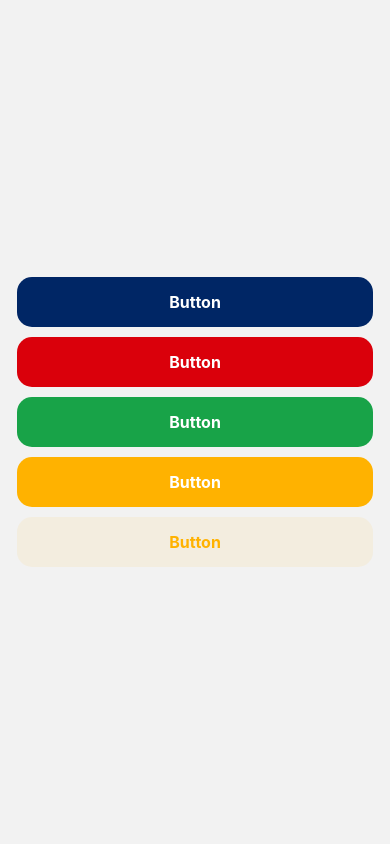
Repository: hungdomanh95/setuptheme
Screen: /
The author's editor kept a copy of each file at every save. The screen is drawn from the files as they stood at one save, then again after the next save.
The app was drawn by React Native's web renderer in a window 390 px wide. The project was rebuilt for these pictures with package versions that can differ from the ones it lists, and the page was loaded fresh each time. Also part of the build but not shown: src/components/Fade/index.js, src/components/Slide/index.js.

Above is the screen before, as saved 2022-05-17 11:29:57.

### App.js
import {View, Text} from 'react-native';
import React from 'react';
import RootNavigation from './src/navigation/rootNavigation';

const App = () => {
  return <RootNavigation />;
};

export default App;

### src/navigation/rootNavigation.js
import React from 'react'
import {NavigationContainer} from '@react-navigation/native';
import {createNativeStackNavigator} from '@react-navigation/native-stack';
import {
  HomeScreen,
} from '../screens';
import { SafeAreaProvider } from 'react-native-safe-area-context';

const Stack = createNativeStackNavigator();
const RootNavigation = () => {
  const screenOptions = {
    headerTransparent: true,
    headerShown: false,
  };
  const stackOption = {
    headerShown: true,
    headerBackTitle: '',
    headerTitle: '',
  };
  return (
    <SafeAreaProvider>
      <NavigationContainer>
        <Stack.Navigator screenOptions={screenOptions}>
          <Stack.Screen name="HomeScreen" component={HomeScreen} />
        </Stack.Navigator>
      </NavigationContainer>
    </SafeAreaProvider>
  );
};

export default RootNavigation;

### src/screens/index.js
import HomeScreen from './HomeScreen';
export {HomeScreen};

### src/screens/HomeScreen/index.js
import {View, Text, StyleSheet} from 'react-native';
import React from 'react';
import {COLOR, shadows} from '../../theme';
import {RNButton} from '../../components';

const HomeScreen = () => {
  return (
    <View style={styles.container}>
      <RNButton text="Button" type={'primary'} size={'fullsize'} />
      <RNButton text="Button" type={'danger'} />
      <RNButton text="Button" type={'success'} />
      <RNButton text="Button" type={'warning'} />
      <RNButton text="Button" color={COLOR.neural8} colorText={COLOR.neural} />
    </View>
  );
};

export default HomeScreen;
const styles = StyleSheet.create({
  container: {
    flex: 1,
    justifyContent: 'center',
    alignItems: 'center',
  },
});

### src/theme/index.js
import {StyleSheet, Dimensions} from 'react-native';
const {width, height} = Dimensions.get('window');
const width_design = 375;
export const SIZE = {
  width,
  height,
  spacing: 16,
  icon: 24,
  btn1: (width * 343) / width_design,
  btn2: (width * 196) / width_design,
  btn3: (width * 160) / width_design,
};
export const COLOR = {
  primary: '#002665',
  primary80: "rgba(0, 38, 101, 0.8)",
  primary60: "rgba(0, 38, 101, 0.6)",
  primary40: "rgba(0, 38, 101, 0.4)",
  primary24: "rgba(0, 38, 101, 0.24)",
  primary16: "rgba(0, 38, 101, 0.16)",
  primary8: "rgba(0, 38, 101, 0.08)",
  primary4: "rgba(0, 38, 101, 0.04)",
  secondary: '#2567F9',
  secondary50: '#0077FF',
  secondary40: 'rgba(0, 119, 255, 0.4)',
  secondary24: 'rgba(0, 119, 255, 0.24)',
  secondary16: 'rgba(0, 119, 255, 0.16)',
  secondary8: 'rgba(0, 119, 255, 0.08)',
  white: '#FFFFFF',
  white64: 'rgba(255,255,255,0.64)',
  white40: 'rgba(255,255,255,0.4)',
  white24: 'rgba(255,255,255,0.24)',
  white16: 'rgba(255,255,255,0.16)',
  white8: 'rgba(255,255,255,0.08)',
  white4: 'rgba(255,255,255,0.04)',
  yellow: '#FDBE01',
  yellow80: 'rgba(253, 190, 1, 0.8)',
  yellow40: 'rgba(253, 190, 1, 0.4)',
  yellow16: 'rgba(253, 190, 1, 0.16)',
  red: '#DA000B',
  red80: 'rgba(227, 38, 46, 0.8)',
  red40: 'rgba(227, 38, 46, 0.4)',
  red16: 'rgba(227, 38, 46, 0.16)',
  gray: '#6D7E92',
  gray40: '#7689A2',
  gray24: '#B3BDCB',
  gray16: '#DADFE6',
  gray8: '#F9FAFD',
  green: '#18A348',
  green50: '#25C26E',
  green40: 'rgba(37, 194, 110, 0.4)',
  green24: 'rgba(37, 194, 110, 0.24)',
  neural: '#FFB200',
  neural80: 'rgba(255, 178, 0, 0.8)',
  neural40: 'rgba(255, 178, 0, 0.4)',
  neural24: 'rgba(255, 178, 0, 0.24)',
  neural16: 'rgba(255, 178, 0, 0.16)',
  neural8: 'rgba(255, 178, 0, 0.08)',
  orange: '#F44B02',
  orange80: 'rgba(244, 75, 2, 0.8)',
  orange40: 'rgba(244, 75, 2, 0.4)',
  orange8: '#FFECE3',
  infor: '#0289F4',
  infor80: 'rgba(2, 137, 244, 0.8)',
  infor40: 'rgba(2, 137, 244, 0.4)',
  infor10: 'rgba(2, 137, 244, 0.1)',
};
export const text = StyleSheet.create({
  h1: {
    fontSize: 22,
    lineHeight: 33,
  },
  h2: {
    fontSize: 20,
    lineHeight: 30,
  },
  h3: {
    fontSize: 18,
    lineHeight: 27,
  },
  fz16: {
    fontSize: 16,
    lineHeight: 24,
  },
  fz14: {
    fontSize: 14,
    lineHeight: 21,
  },
  fz12: {
    fontSize: 12,
    lineHeight: 18,
  },
  fz10: {
    fontSize: 10,
    lineHeight: 15,
  },
  bold: {
    fontWeight: '700',
  },
  medium: {
    fontWeight: '500',
  },
  regular: {
    fontWeight: '400',
  },
});
export const shadows = StyleSheet.create({
  sh: {
    backgroundColor: '#FFFFFF',
    shadowColor: 'rgba(0, 38, 101, 0.1)',
    shadowOffset: {
      width: 0,
      height: 2,
    },
    shadowOpacity: 2,
    shadowRadius: 5,
    elevation: 5,
  },
});

### src/components/index.js
import Fade from './Fade';
import Slide from './Slide';
import RNButton from './RNButton';
export {Fade, Slide, RNButton};

### src/components/RNButton/index.js
import {StyleSheet, Text, View} from 'react-native';
import React, {useEffect} from 'react';
import {COLOR, SIZE, text} from '../../theme';

const RNButton = props => {
  const {text, type, size} = props;

  const colorBTN = () => {
    let colorBtn;
    if (type === 'success') colorBtn = COLOR.green;
    else if (type === 'warning') colorBtn = COLOR.neural;
    else if (type === 'danger') colorBtn = COLOR.red;
    else if (type === 'primary') colorBtn = COLOR.primary;
    else if (props.color) colorBtn = props.color;
    return colorBtn;
  };
  const sizeBTN = () => {
    let sizeBtn = SIZE.btn1;
    if(size === "fullsize") sizeBtn = SIZE.btn1
    else if(size === "medium") sizeBtn = SIZE.btn2
    else if(size === "small") sizeBtn = SIZE.btn3
    else if(typeof size == 'number') sizeBtn = size
    console.log('isNaN(size): ', isNaN(undefined));
    console.log('size: ', size, sizeBtn);
    return sizeBtn;
  }
  const styles = styleWithProps(props, colorBTN(), sizeBTN());
  return (
    <View style={styles.container}>
      <Text style={styles.text}>{text}</Text>
    </View>
  );
};

const styleWithProps = (props, color, size) => {
  return StyleSheet.create({
    container: {
      width:size,
      height: 50,
      justifyContent: 'center',
      alignItems: 'center',
      backgroundColor: color,
      borderRadius: 15,
      marginVertical: 5,
    },
    text: {
      color: props.colorText || COLOR.white,
      ...text.fz16,
      ...text.bold,
    },
  });
};
export default RNButton;

After the next save:
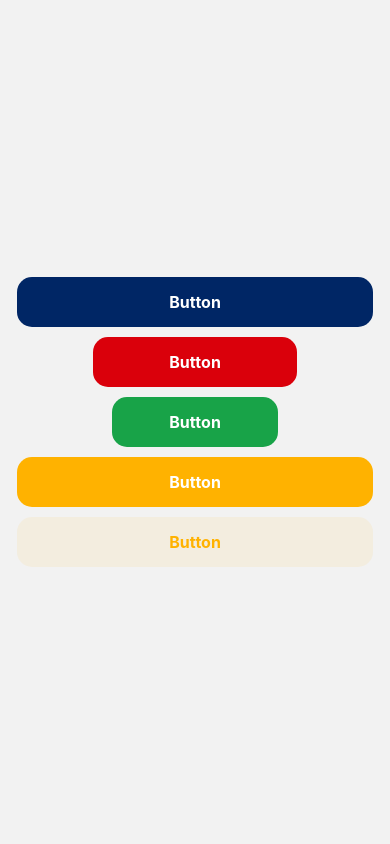
Saved 16 s later.
--- a/src/screens/HomeScreen/index.js
+++ b/src/screens/HomeScreen/index.js
@@ -7,8 +7,8 @@ const HomeScreen = () => {
   return (
     <View style={styles.container}>
       <RNButton text="Button" type={'primary'} size={'fullsize'} />
-      <RNButton text="Button" type={'danger'} />
-      <RNButton text="Button" type={'success'} />
+      <RNButton text="Button" type={'danger'} size={'medium'} />
+      <RNButton text="Button" type={'success'} size={'small'}/>
       <RNButton text="Button" type={'warning'} />
       <RNButton text="Button" color={COLOR.neural8} colorText={COLOR.neural} />
     </View>
